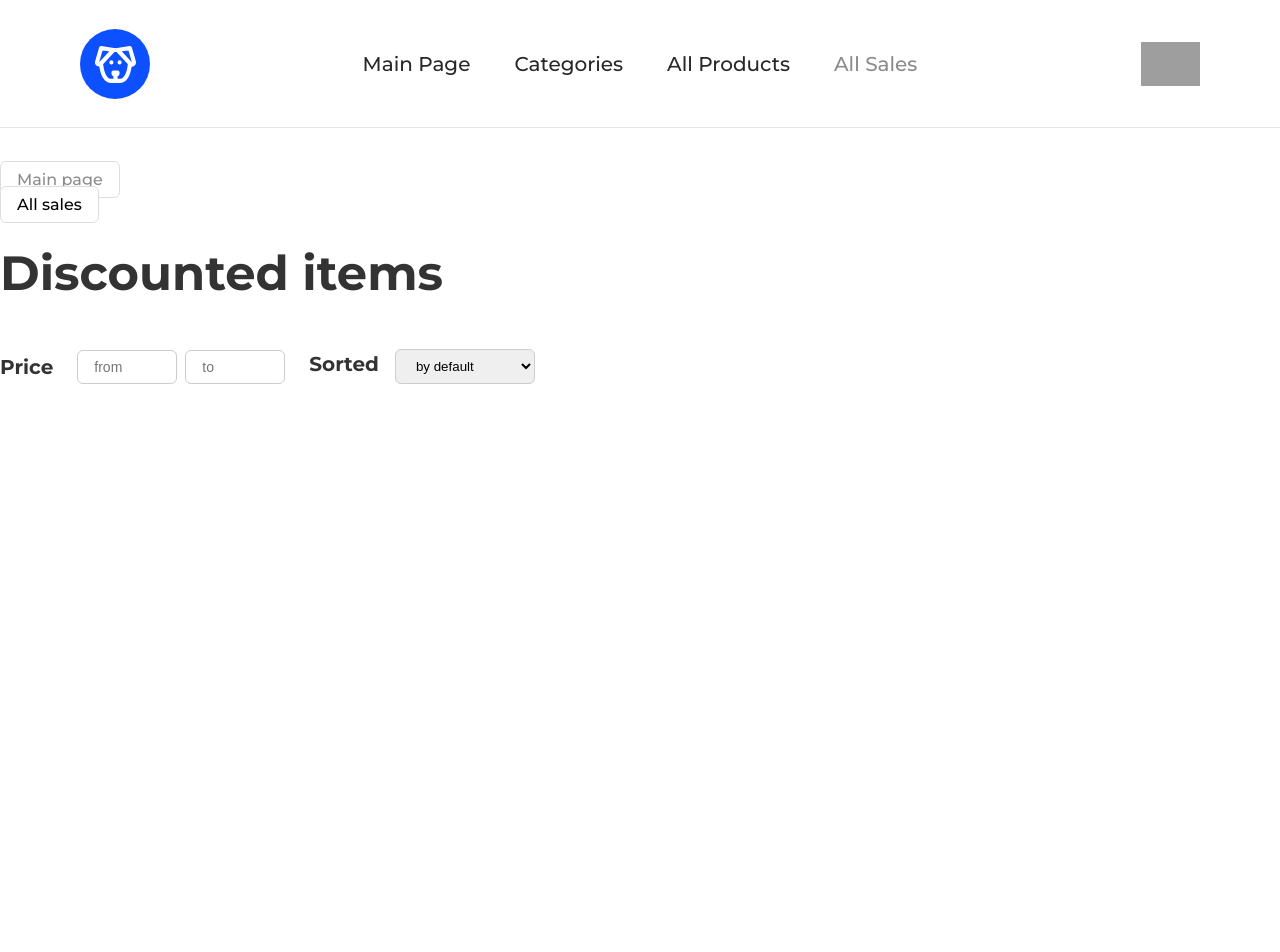
Repository: jursylian/PET-INTERNET-SHOP-PROJECT
Page: /discounts
An editor plug-in stored every save of this project. The page is shown before and after the next save, followed by the edit.
The browser window is 1280 px wide. The pictures show the part of the page from y = 0 to 952 px (the page is 1912 px tall).
Pictures or frames that could not be fetched are drawn as grey boxes. The page's requests for data from a server got no answer. The project was rebuilt for these pictures with package versions that can differ from the ones it lists, and the page was loaded fresh each time. No one was signed in, and anything a server would have sent is missing. Also part of the build but not shown: vite.config.js, src/pages/Categories/Categories.module.css, src/pages/Categories/Categories.jsx, src/components/PromoBanner/PromoBanner.module.css, src/components/PromoBanner/PromoBanner.jsx, src/ui/Input/Input.module.css, src/ui/Input/Input.jsx, src/ui/Button/Button.module.css and 29 more.

Above is the page before, as saved 2025-11-06 14:40:37.

After the next save:
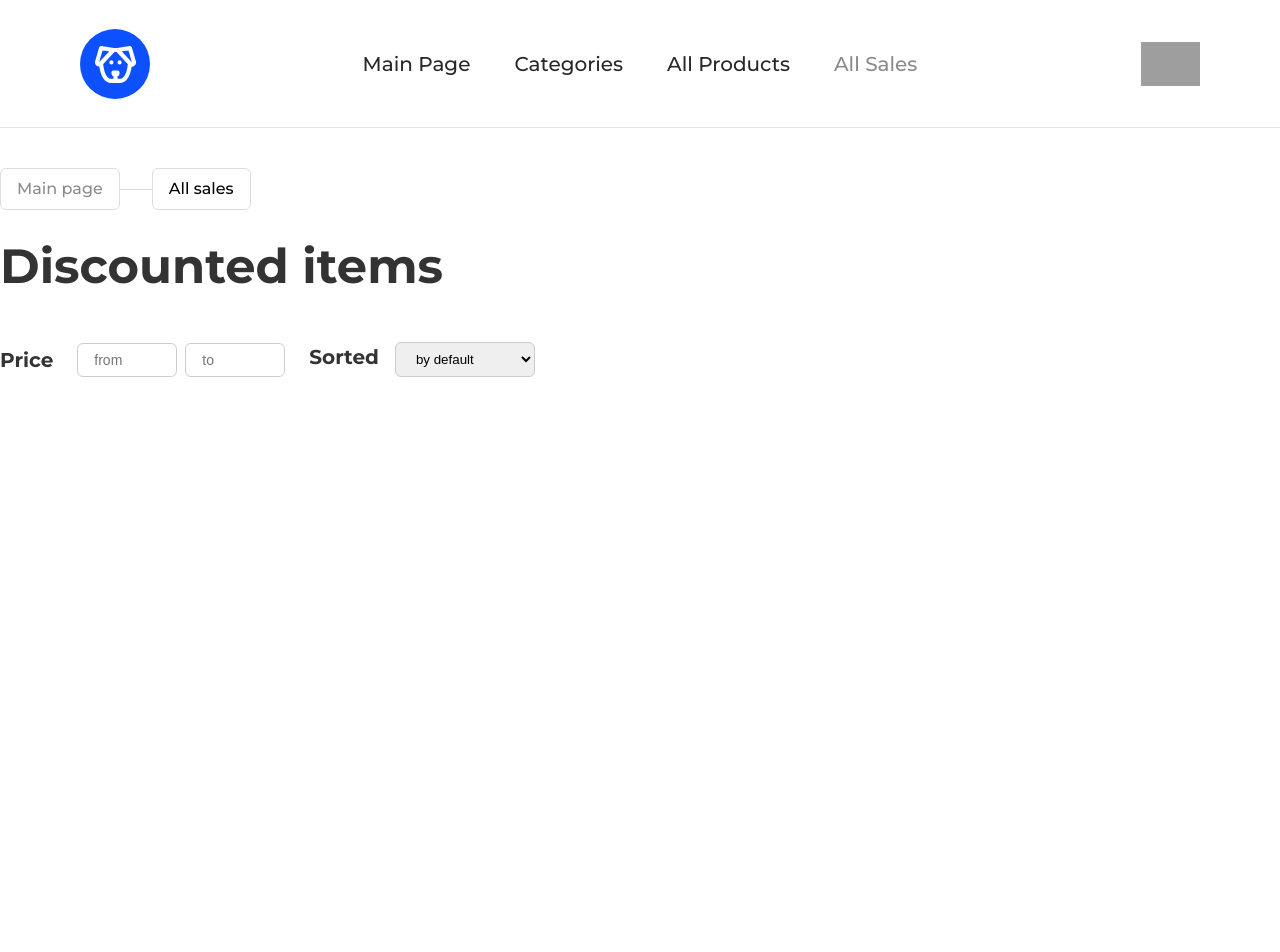
Saved 12 s later.
--- a/src/pages/AllSales/AllSales.module.css
+++ b/src/pages/AllSales/AllSales.module.css
@@ -6,12 +6,10 @@
   align-items: stretch;
 }
 
-/* .breadcrumb {
+.tabs {
   display: flex;
   align-items: center;
-  gap: 4px;
-  margin-bottom: 32px;
-} */
+}
 
 .tab {
   font-size: 16px;
@@ -45,7 +43,7 @@
 }
 
 .connector {
-  width: 16px;
+  width: 32px;
   height: 1px;
   background-color: #dddddd;
 }
